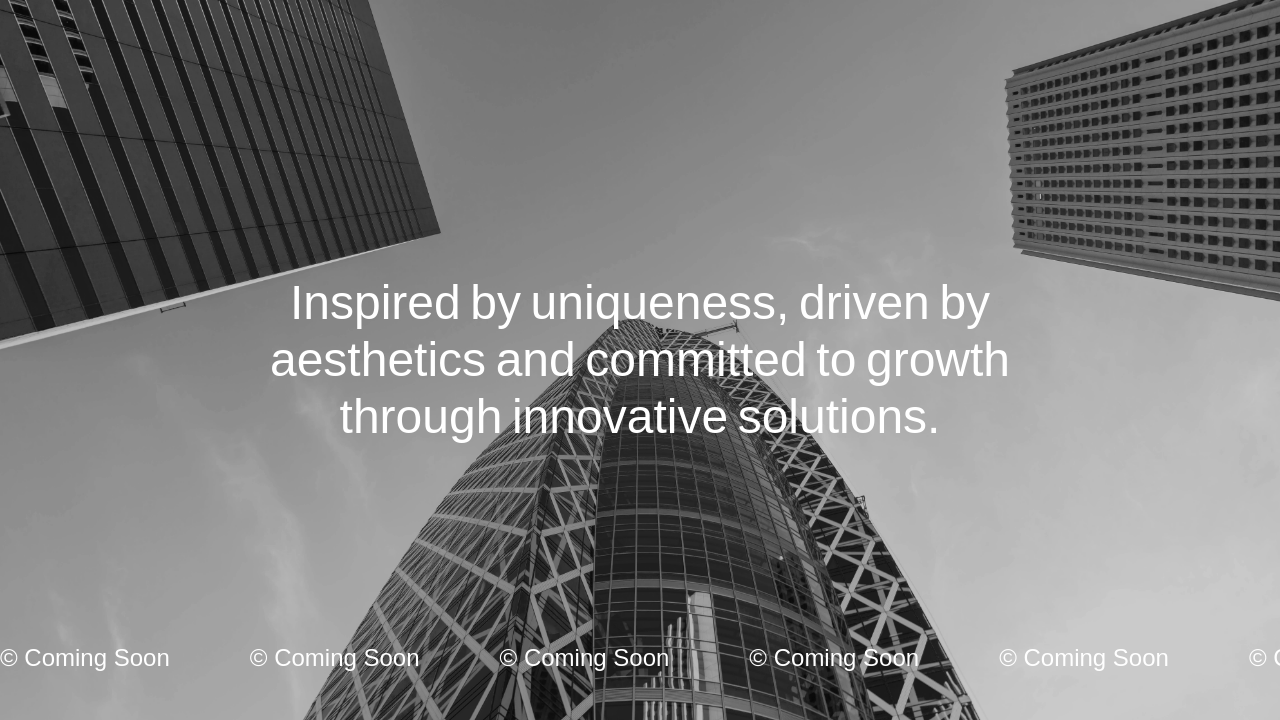
Repository: leswisss/comingsoon
Page: /
The author's editor kept a copy of each file at every save. The page is drawn from the files as they stood at one save, then again after a run of saves.
The browser window is 1280 px wide. The pictures show the whole page.
Some web fonts or font styles are not loaded; a fallback is used. The project was rebuilt for these pictures with package versions that can differ from the ones it lists, and the page was loaded fresh each time. The framework's server and built-in components were replaced by stand-ins that run in the browser. Also part of the build but not shown: next.config.mjs.

Above is the page before, as saved 2024-06-16 15:25:13.

### app/layout.tsx
import type { Metadata } from "next";
import localFont from "next/font/local";
import "../styles/globals.scss";

const regular = localFont({
  src: "./SF-Pro-Display-Regular.ttf",
  display: "swap",
  variable: "--regular-font",
});

const medium = localFont({
  src: "./SF-Pro-Display-Medium.ttf",
  display: "swap",
  variable: "--medium-font",
});

const semibold = localFont({
  src: "./SF-Pro-Display-Semibold.ttf",
  display: "swap",
  variable: "--semibold-font",
});

const italic = localFont({
  src: "./BigCaslonFB-Italic.ttf",
  display: "swap",
  variable: "--italic-font",
});

export const metadata: Metadata = {
  title: "Better Marque - Branding Agency",
  description: "Generated by create next app",
};

export default function RootLayout({
  children,
}: Readonly<{
  children: React.ReactNode;
}>) {
  return (
    <html lang="en">
      <body
        className={`${italic.variable} ${regular.variable} ${medium.variable} ${semibold.variable}`}
      >
        {children}
      </body>
    </html>
  );
}

### app/page.tsx
import { HomePageWrapper } from "@/components";

export default function Home() {
  return (
    <main>
      <HomePageWrapper/>
    </main>
  );
}

### styles/globals.scss
/*=============== VARIABLES SCSS ===============*/
:root {
  --header-height: 6rem;
  --white: white;
  --black: black;
  --grey: #535353;


  /*========== Font and typography ==========*/
  /*.5rem = 8px | 1rem = 16px ...*/
  // --body-font: 'Montserrat', sans-serif;

  --h1-font-size: 3rem;
  --h2-font-size: 2rem;
  --normal-font-size: 1rem;
  --small-font-size: .94rem;
}

/* Responsive typography */
@media screen and (max-width: 1088px) {
  :root {
    --h1-font-size: 2.75rem;
    --h2-font-size: 1.8rem;
    --normal-font-size: 0.96rem;
    --small-font-size: .90rem;
  }
}

@media screen and (max-width: 628px) {
  :root {
    --h1-font-size: 2.5rem;
    --h2-font-size: 1.5rem;
    --normal-font-size: 0.92rem;
    --small-font-size: 0.85rem;
  }
}

/*=============== BASE ===============*/
* {
  box-sizing: border-box;
  padding: 0;
  margin: 0;
  scrollbar-width: none;

  &::-webkit-scrollbar{
    display: none;
  }

}

html {
  scroll-behavior: auto;
  height: auto;
}

body{
  font-family: var(--regular-font);
  font-size: var(--normal-font-size);
  background-color: black;
  color: var(--white);
}


ul {
  list-style: none;
}

a {
  text-decoration: none;
}

img {
  max-width: 100%;
  height: auto;
}


/*=============== REUSABLE CSS CLASSES ===============*/
.container {
  max-width: 1450px;
  margin: 0 auto;
}

.main {
  overflow: hidden;
}


@media screen and (max-width: 1450px) {
  .container {
    max-width: 100%;
    margin: 0 3rem;
  }
}


@media screen and (max-width: 1088px) {
  .container {
    max-width: 100%;
    margin: 0 2rem;
  }
}


@media screen and (max-width: 628px) {
  .container {
    max-width: 100%;
    margin: 0 1rem;
  }
}

### components/index.tsx
import HomePageWrapper from "./HomePageWrapper";
import HeroSection from "./HeroSection";

export {
  HomePageWrapper,
  HeroSection
}

### components/HomePageWrapper.tsx
import React from 'react'
import HeroSection from './HeroSection'

const HomePageWrapper = () => {
  return (
    <>
    <HeroSection />
    </>
  )
}

export default HomePageWrapper

### components/HeroSection.tsx
"use client";

import React, { useEffect, useRef } from "react";
import Marquee from "./Marquee";
import Image from "next/image";
import IMAGE from "../public/background.jpg";
import styles from "../styles/hero.module.scss";

const HeroSection = () => {
  const slogan =
    "Inspired by uniqueness, driven by aesthetics and committed to growth through innovative solutions.";
  const refs = useRef<HTMLSpanElement[]>([]);

  const splitwords = () => {
    let body: JSX.Element[] = [];
    slogan.split(" ").forEach((word, i) => {
      const cleanWord = word.replace(/[.,]/g, "");

      if (["uniqueness", "aesthetics", "growth"].includes(cleanWord)) {
        body.push(
          <p
            key={`word-${i}`}
            className={`${styles.word_wrapper} ${styles.italic}`}
          >
            <span
              className={styles.word}
              ref={(el) => {
                if (el) refs.current.push(el);
              }}
            >
              {word}
            </span>
          </p>
        );
      } else {
        body.push(
          <p key={`word-${i}`} className={styles.word_wrapper}>
            <span
              className={styles.word}
              ref={(el) => {
                if (el) refs.current.push(el);
              }}
            >
              {word}
            </span>
          </p>
        );
      }
    });

    return body;
  };


  return (
    <section className={styles.hero}>
      <div className={styles.hero_image}>
        <Image src={IMAGE} fill quality={100} alt="Better Marque" />
      </div>
      <div className={styles.text}>{splitwords()}</div>
      <div className={styles.marquee}>
        <Marquee />
      </div>
    </section>
  );
};

export default HeroSection;

### components/Marquee.tsx
import React from 'react'
import styles from "../styles/marquee.module.scss"

const Marquee = () => {
  return (
    <div className={styles.slider}>
      <div className={styles.coming__wrapper}>
        <p className={styles.soon}>© Coming Soon</p>
        <p className={styles.soon}>© Coming Soon</p>
        <p className={styles.soon}>© Coming Soon</p>
        <p className={styles.soon}>© Coming Soon</p>
        <p className={styles.soon}>© Coming Soon</p>
        <p className={styles.soon}>© Coming Soon</p>
        <p className={styles.soon}>© Coming Soon</p>
        <p className={styles.soon}>© Coming Soon</p>
        <p className={styles.soon}>© Coming Soon</p>
        <p className={styles.soon}>© Coming Soon</p>
      </div>
      <div className={styles.coming__wrapper}>
        <p className={styles.soon}>© Coming Soon</p>
        <p className={styles.soon}>© Coming Soon</p>
        <p className={styles.soon}>© Coming Soon</p>
        <p className={styles.soon}>© Coming Soon</p>
        <p className={styles.soon}>© Coming Soon</p>
        <p className={styles.soon}>© Coming Soon</p>
        <p className={styles.soon}>© Coming Soon</p>
        <p className={styles.soon}>© Coming Soon</p>
        <p className={styles.soon}>© Coming Soon</p>
        <p className={styles.soon}>© Coming Soon</p>
      </div>
    </div>
  )
}

export default Marquee

### styles/hero.module.scss
.hero{
  width: 100vw;
  height: 100vh;
  overflow: hidden;
  position: relative;
}

.hero_image{
  width: 100vw;
  height: 100vh;
  position: relative;

  img{
    object-fit: cover;
    filter: brightness(0.8);
  }
}

.text{
  position: absolute;
  color: white;
  z-index: 1;
  width: max-content;
  height: max-content;
  top: 50%;
  left: 50%;
  transform: translate(-50%, -50%);
  display: flex;
  flex-wrap: wrap;
  width: 55rem;
  text-align: center;
  justify-content: center;
  align-items: center;

  .word_wrapper{
    font-size: var(--h1-font-size);
    overflow: hidden;
    width: auto;
    height: 56.8px;
    padding: 0 0.3rem;

    &.italic{
      font-family: var(--italic-font);
    }

    .word{
      position: relative;
      top: 0%; // What i will be animating with gsap
    }
  }
}

.marquee{
  position: absolute;
  width: 100%;
  height: max-content;
  bottom: 3rem;
  left: 0;
  z-index: 1;
}

### styles/marquee.module.scss
.slider{
  position: relative;
  white-space: nowrap;
  display: flex;
}

.coming__wrapper{
  display: flex;
  white-space: nowrap;
  flex-wrap: nowrap;

  .soon{
    margin-right: 5rem;
    font-size: calc(var(--h2-font-size) - 0.5rem);
  }
}

After the next 2 saves:
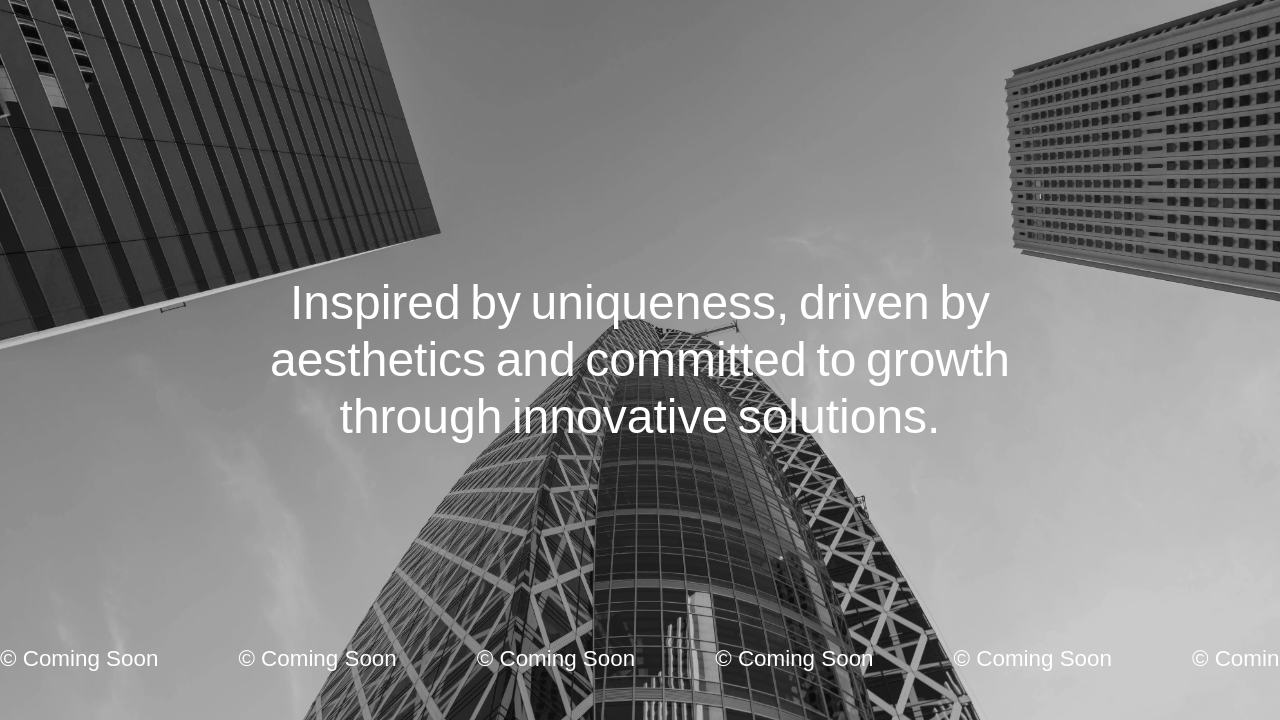
The 2 saves are shown as one change because they came seconds apart.
The last was saved 17 s later.
--- a/styles/marquee.module.scss
+++ b/styles/marquee.module.scss
@@ -11,6 +11,6 @@
 
   .soon{
     margin-right: 5rem;
-    font-size: calc(var(--h2-font-size) - 0.5rem);
+    font-size: calc(var(--h2-font-size) - 0.6rem);
   }
 }
